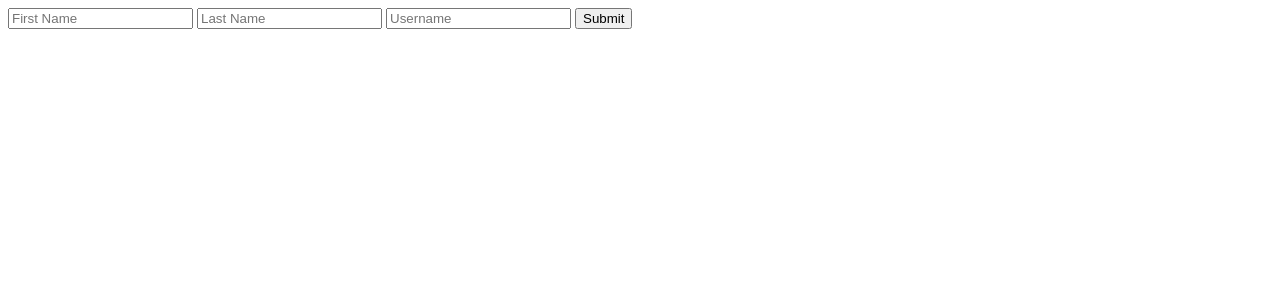
Repository: Muhairiz/Web
Page: http://localhost/Muhairiz/NewFile.jsp
The author's editor kept a copy of each file at every save. The page is drawn from the files as they stood at one save, then again after the next save.
The browser window is 1280 px wide. The pictures show the whole page.
The page is served by Tomcat 9.

Above is the page before, as saved 2020-08-05 22:55:59.

After the next save:
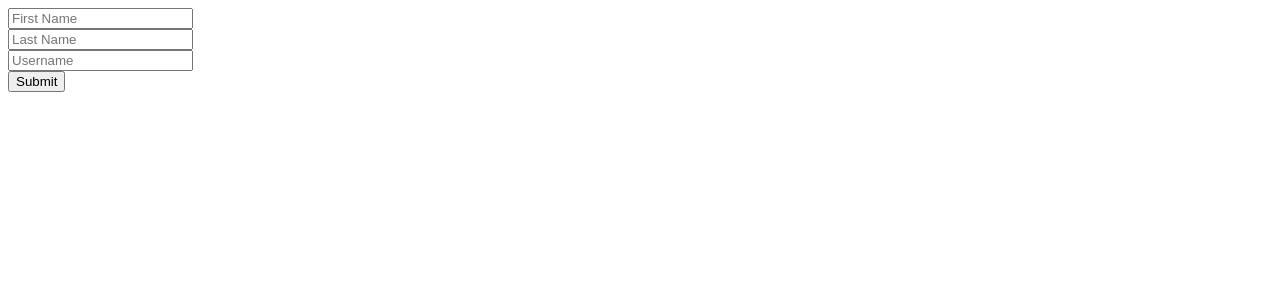
Saved 2 min 19 s later.
--- a/Muhairiz/WebContent/NewFile.jsp
+++ b/Muhairiz/WebContent/NewFile.jsp
@@ -8,9 +8,9 @@
 </head>
 <body>
 <form action="Hello" method="post">
-	<input type="text" name="fname"  placeholder="First Name">
-	<input type="text" name="lname"  placeholder="Last Name">
-	<input type="text" name="uname" placeholder="Username">
+	<input type="text" name="fname"  placeholder="First Name"><br>
+	<input type="text" name="lname"  placeholder="Last Name"><br>
+	<input type="text" name="uname" placeholder="Username"><br>
 	<input type="submit" name="btnsub">
 </form>
 </body>
